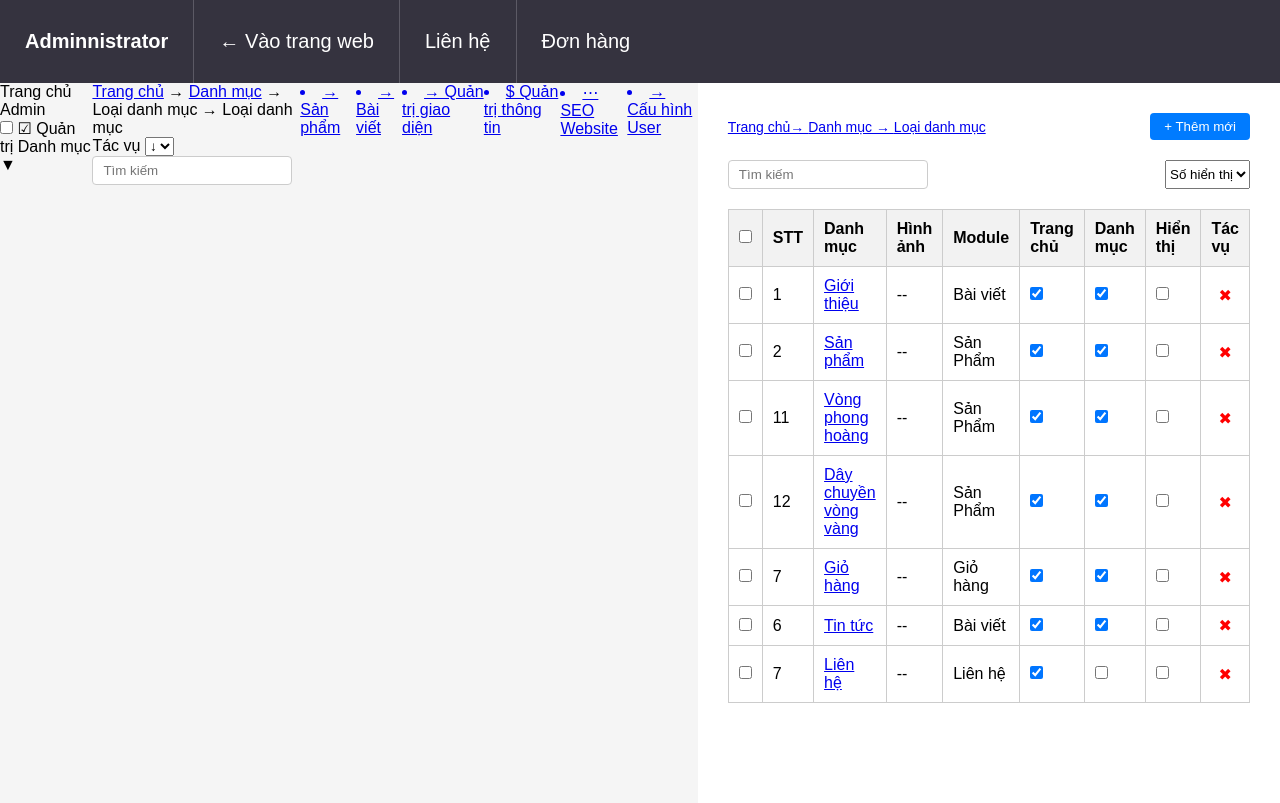
Repository: TranTanDat0606/Du-An-1
Page: Admin]/admin.html
An editor plug-in stored every save of this project. The page is shown before and after the next save, followed by the edit.
The browser window is 1280 px wide. The pictures show the whole page.

Above is the page before, as saved 2025-07-31 08:57:15.

### Admin]/admin.html
<!DOCTYPE html>
<html lang="vi">
<head>
    <meta charset="UTF-8" />
    <meta name="viewport" content="width=device-width, initial-scale=1.0"/>
    <title>Quản lý danh mục</title>
    <link rel="stylesheet" href="admin.css" />
</head>
<body>
<header class="admin-navbar">
    <div class="admin-navbar-item left">Adminnistrator</div>
    <a href="#" class="admin-navbar-item">← Vào trang web</a>
    <a href="#" class="admin-navbar-item">Liên hệ</a>
    <a href="#" class="admin-navbar-item">Đơn hàng</a>
</header>
    <div class="admin-container">
<div class="admin-sidebar">
    <div class="admin-title">Trang chủ Admin</div>
    <div class="dropdown">
        <input type="checkbox" id="menu-toggle"/>
        <label for="menu-toggle" class="dropdown-label">☑ Quản trị Danh mục ▼</label>
</div>
</div>
    <div class="admin-main">
        <div class="breadcrumb">
            <a href="#">Trang chủ</a> → <a href="#">Danh mục</a> → <span>Loại danh mục</span> → <span>Loại danh mục</span>
        </div>
        <div class="toolbar">
            <div class="actions">
                <label for="bulk-action">Tác vụ</label>
                <select id="bulk-action">
                    <option>↓</option>
                </select>
            </div>
            <input type="text" placeholder="Tìm kiếm" class="search-input" />
        </div>
    </div>

        </li>
        <a href="#"><li>→ Sản phẩm</li></a>
        <a href="#"><li>→ Bài viết</li></a>
        <a href="#"><li>→ Quản trị giao diện</li></a>
        <a href="#"><li>$ Quản trị thông tin</li></a>
        <a href="#"><li>⋯ SEO Website</li></a>
        <a href="#"><li>→ Cấu hình User</li></a>
    </ul>
    </aside>
    <main class="main-content">
    <div class="header-bar">
        <span class="breadcrumbs"><a href="#">Trang chủ→ </a><a href="#">Danh mục → </a><a href="#">Loại danh mục</a></span>
        <button class="btn-new">+ Thêm mới</button>
    </div>

    <div class="table-toolbar">
        <input type="text" class="search-input" placeholder="Tìm kiếm" />
        <select>
    <option>Số hiển thị</option>
        </select>
    </div>
    <table>
        <thead>
    <tr>
            <th><input type="checkbox" /></th>
            <th>STT</th>
            <th>Danh mục</th>
            <th>Hình ảnh</th>
            <th>Module</th>
            <th>Trang chủ</th>
            <th>Danh mục</th>
            <th>Hiển thị</th>
            <th>Tác vụ</th>
    </tr>
        </thead>
        <tbody>
    <tr>
            <td><input type="checkbox" /></td>
            <td>1</td>
            <td><a href="#">Giới thiệu</a></td>
            <td>--</td>
            <td>Bài viết</td>
            <td><input type="checkbox" checked /></td>
            <td><input type="checkbox" checked /></td>
            <td><input type="checkbox" /></td>
            <td class="text-danger">✖</td>
    </tr>
    <tr>
            <td><input type="checkbox" /></td>
            <td>2</td>
            <td><a href="#">Sản phẩm</a></td>
            <td>--</td>
            <td>Sản Phẩm</td>
            <td><input type="checkbox" checked /></td>
            <td><input type="checkbox" checked /></td>
            <td><input type="checkbox" /></td>
            <td class="text-danger">✖</td>
    </tr>
    <tr>
        <td><input type="checkbox" /></td>
        <td>11</td>
        <td><a href="#">Vòng phong hoàng</a></td>
        <td>--</td>
        <td>Sản Phẩm</td>
        <td><input type="checkbox" checked /></td>
        <td><input type="checkbox" checked /></td>
        <td><input type="checkbox" /></td>
        <td class="text-danger">✖</td>
    </tr>
    <tr>
        <td><input type="checkbox" /></td>
        <td>12</td>
        <td><a href="#">Dây chuyền vòng vàng</a></td>
        <td>--</td>
        <td>Sản Phẩm</td>
        <td><input type="checkbox" checked /></td>
        <td><input type="checkbox" checked /></td>
        <td><input type="checkbox" /></td>
        <td class="text-danger">✖</td>
    </tr>
    <tr>
        <td><input type="checkbox" /></td>
        <td>7</td>
        <td><a href="#">Giỏ hàng</a></td>
        <td>--</td>
        <td>Giỏ hàng</td>
        <td><input type="checkbox" checked /></td>
        <td><input type="checkbox" checked /></td>
        <td><input type="checkbox" /></td>
        <td class="text-danger">✖</td>
    </tr>
    <tr>
        <td><input type="checkbox" /></td>
        <td>6</td>
        <td><a href="#">Tin tức</a></td>
        <td>--</td>
        <td>Bài viết</td>
        <td><input type="checkbox" checked /></td>
        <td><input type="checkbox" checked /></td>
        <td><input type="checkbox"/></td>
        <td class="text-danger">✖</td>
    </tr>
    <tr>
        <td><input type="checkbox" name="" id=""></td>
        <td>7</td>
        <td><a href="#"> Liên hệ </a></td>
        <td>--</td>
        <td>Liên hệ</td>
        <td><input type="checkbox" checked></td>
        <td><input type="checkbox"></td>
        <td><input type="checkbox"></td>
        <td class="text-danger">✖</td>
    </tr>
        </tbody>
    </table>
    </main>
    </div>
</body>
</html>

### Admin]/admin.css
* {
    margin: 0;
    padding: 0;
    box-sizing: border-box;
    font-family: sans-serif;
}
/* header */
/* Thanh navbar admin */
.admin-navbar {
    display: flex;
    background-color: #35333f;
    /* Màu nền đậm */
    color: #fff;
    font-size: 20px;
    font-family: sans-serif;
    font-weight: 400;
}

.admin-navbar-item {
    padding: 30px 25px;
    color: #fff;
    text-decoration: none;
    border-left: 1px solid #5c5a65;
    /* Đường kẻ giữa các mục */
    display: flex;
    align-items: center;
}
/* Mục đầu tiên không có đường viền trái */
.admin-navbar-item.left {
    border-left: none;
    font-weight: bold;
}
/* Topbar admin */
.topbar {
    background-color: #2f2e38;
    color: white;
    display: flex;
    justify-content: space-between;
    align-items: center;
    padding: 20px 25px;
    font-size: 24px;
}

.topbar-left {
    font-weight: bold;

}

.topbar-right a {
    color: white;
    text-decoration: none;
    margin-left: 100px;
    border-left:4px solid #555;
    padding-left: 170px
}

.topbar-right a:first-child {
    border-left: none;
    padding-left: 0;
}
body {
    background: #f5f5f5;
}

.admin-container {
    display: flex;
    height: 100vh;
}

/* Sidebar */
.sidebar {
    width: 250px;
    background: #fff;
    border-right: 1px solid #ccc;
    padding: 20px;
}

.sidebar h2 {
    margin-bottom: 15px;
    font-size: 20px;
}

.sidebar ul {
    list-style: none;
}

.sidebar li {
    margin-bottom: 10px;
    font-size: 15px;
}

.sidebar .submenu {
    margin-left: 15px;
}

.sidebar a {
    color: #007bff;
    text-decoration: none;
}

/* Main Content */
.main-content {
    flex: 1;
    padding: 30px;
    background: #fff;
}

.header-bar {
    display: flex;
    justify-content: space-between;
    align-items: center;
}

.breadcrumbs {
    color: #555;
    font-size: 14px;
}

.btn-new {
    background: #007bff;
    color: #fff;
    border: none;
    padding: 6px 14px;
    border-radius: 4px;
    cursor: pointer;
}

.table-toolbar {
    margin: 20px 0;
    display: flex;
    justify-content: space-between;
}

.search-input {
    padding: 6px 10px;
    width: 200px;
    border: 1px solid #ccc;
    border-radius: 4px;
}

table {
    width: 100%;
    border-collapse: collapse;
    background: #fff;
}

table th,
table td {
    border: 1px solid #ccc;
    padding: 10px;
    text-align: left;
}

table th {
    background: #f2f2f2;
}

.text-danger {
    color: red;
    text-align: center;
}

After the next save:
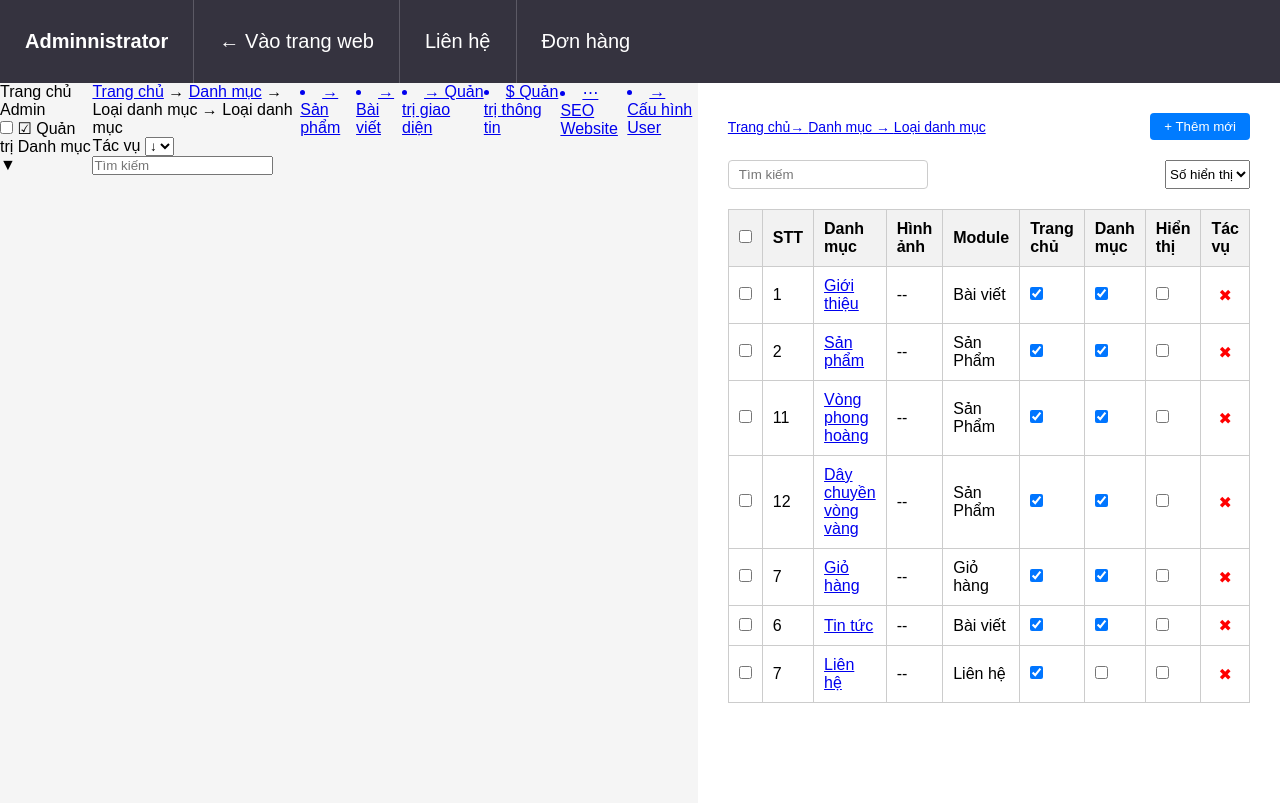
Saved 15 s later.
--- a/Admin]/admin.html
+++ b/Admin]/admin.html
@@ -32,7 +32,7 @@
                     <option>↓</option>
                 </select>
             </div>
-            <input type="text" placeholder="Tìm kiếm" class="search-input" />
+            <input type="text" placeholder="Tìm kiếm" class="search-" />
         </div>
     </div>
 
